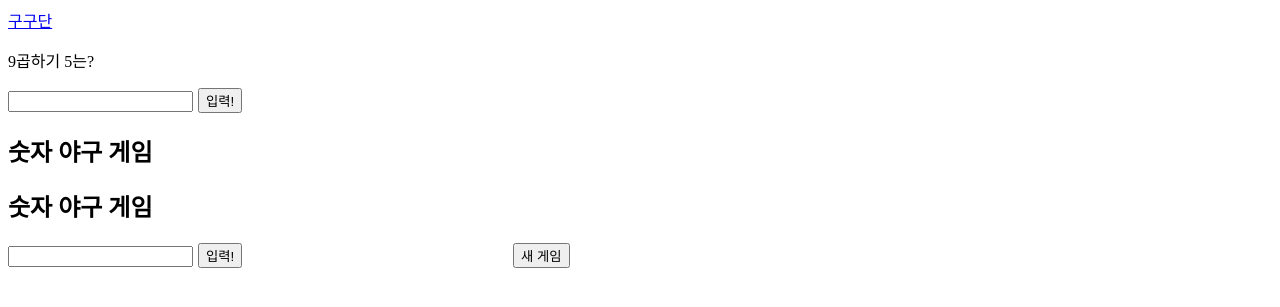
Repository: jun01270/number_baseball
Page: index.html
The author's editor kept a copy of each file at every save. The page is drawn from the files as they stood at one save, then again after a run of saves.
The browser window is 1280 px wide. The pictures show the whole page.

Above is the page before, as saved 2023-08-28 21:55:16.

After the next 2 saves:
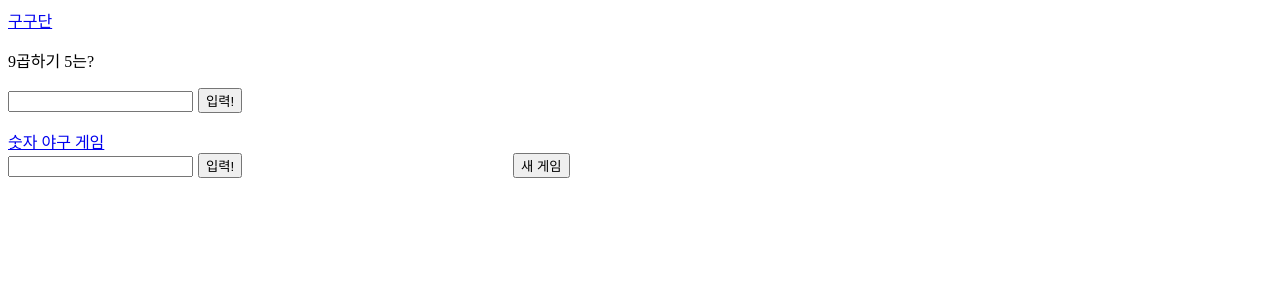
The 2 saves are shown as one change because they came seconds apart.
The last was saved 13 s later.
--- a/index.html
+++ b/index.html
@@ -15,9 +15,8 @@
       </form>
       <p id="end"></p>
     </div>
-    <h2>숫자 야구 게임</h2>
+    <a href="#number_baseball">숫자 야구 게임</a>
     <div id="number_baseball">
-      <h2>숫자 야구 게임</h2>
       <form id="baseball">
         <input id="baseball_input" type="number" /><button>입력!</button>
       </form>
